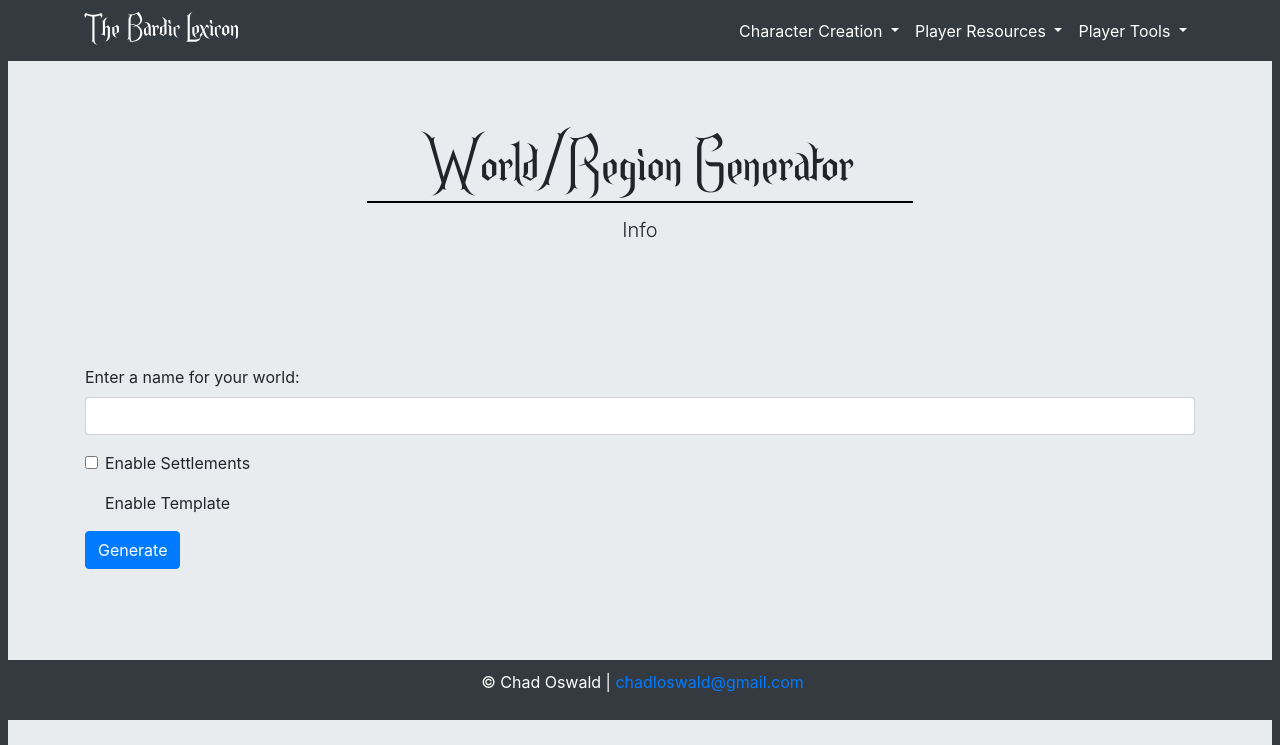
Repository: ChaidGPT/TheBardicLexicon
Page: playerTools/worldGenerator.html
The author's editor kept a copy of each file at every save. The page is drawn from the files as they stood at one save, then again after the next save.
The browser window is 1280 px wide. The pictures show the whole page.

Above is the page before, as saved 2024-02-05 17:25:46.

After the next save:
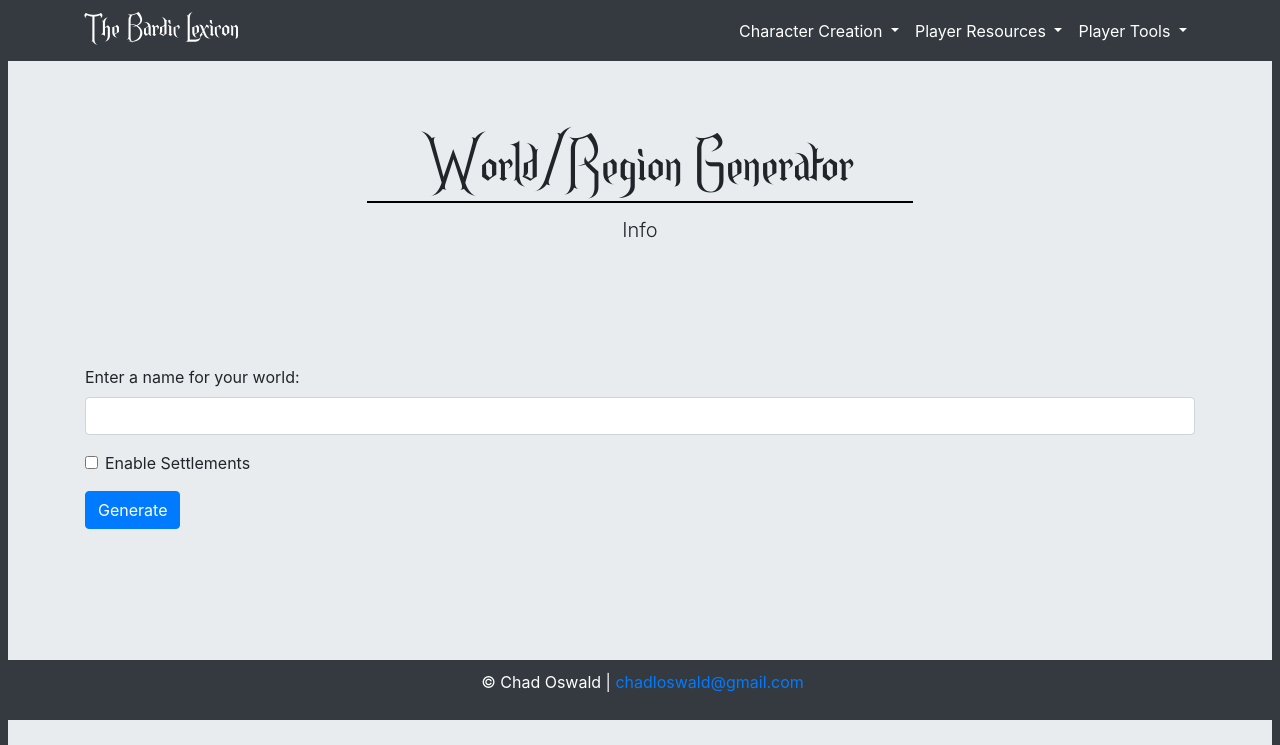
Saved 18 s later.
--- a/playerTools/worldGenerator.html
+++ b/playerTools/worldGenerator.html
@@ -164,7 +164,7 @@
           <div class="form-check">
             <input class="form-check-input" type="checkbox" id="enableTemplate" data-toggle="collapse"
               data-target="#templateOptions" style="display: none;"/>
-            <label class="form-check-label" for="enableTemplate">Enable Template</label>
+            <label class="form-check-label" for="enableTemplate" style="display: none;">Enable Template</label>
           </div>
 
           <div id="templateOptions" class="collapse">
